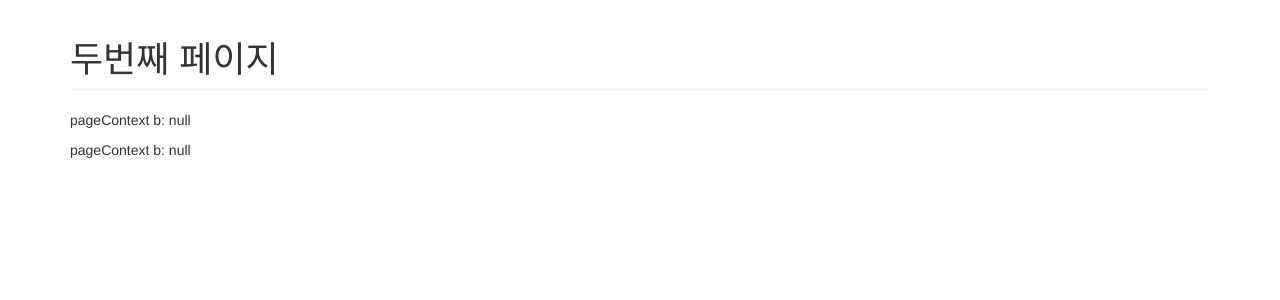
Repository: kimgyuseok/Server
Page: http://localhost/JSPTest/ex12_two.jsp
An editor plug-in stored every save of this project. The page is shown before and after the next save, followed by the edit.
The browser window is 1280 px wide. The pictures show the whole page.
The page is served by Tomcat 9.

Above is the page before, as saved 2022-01-07 05:10:10.

### JSPTest/src/main/webapp/ex12_two.jsp
<%@ page language="java" contentType="text/html; charset=UTF-8"
    pageEncoding="UTF-8"%>
<%


%>
<!DOCTYPE html>
<html>
<head>
<meta charset="UTF-8">
<title>Insert title here</title>
<%@ include file="/inc/asset.jsp" %>
<style>

</style>
</head>
<body>
	<!--ex12_two.jsp-->

	<div class="container">
		<h1 class="page-header">두번째 페이지<small></small></h1>

		<p>pageContext b: <%= pageContext.getAttribute("b") %></p>

		<p>pageContext b: <%= pageContext.getAttribute("c") %></p>



	</div>

<script>

</script>
</body>
</html>

### JSPTest/src/main/webapp/inc/asset.jsp
<%@ page language="java" contentType="text/html; charset=UTF-8"
    pageEncoding="UTF-8"%>
<!-- asset.jsp -->

<link rel="stylesheet" href="/jsp/asset/css/bootstrap.css">

<script src="/jsp/asset/js/jquery-1.12.4.js"></script>
<script src="/jsp/asset/js/bootstrap.js"></script>

Loaded but not shown: JSPTest/src/main/webapp/asset/css/bootstrap.css (library); JSPTest/src/main/webapp/asset/js/jquery-1.12.4.js (library); JSPTest/src/main/webapp/asset/js/bootstrap.js (library)

After the next save:
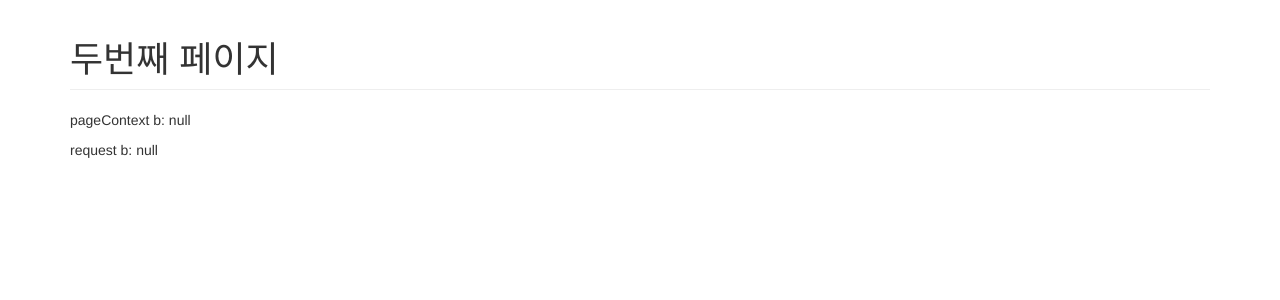
Saved 7 s later.
--- a/JSPTest/src/main/webapp/ex12_two.jsp
+++ b/JSPTest/src/main/webapp/ex12_two.jsp
@@ -22,7 +22,7 @@
 
 		<p>pageContext b: <%= pageContext.getAttribute("b") %></p>
 
-		<p>pageContext b: <%= pageContext.getAttribute("c") %></p>
+		<p>request b: <%= pageContext.getAttribute("c") %></p>
 
 
 
